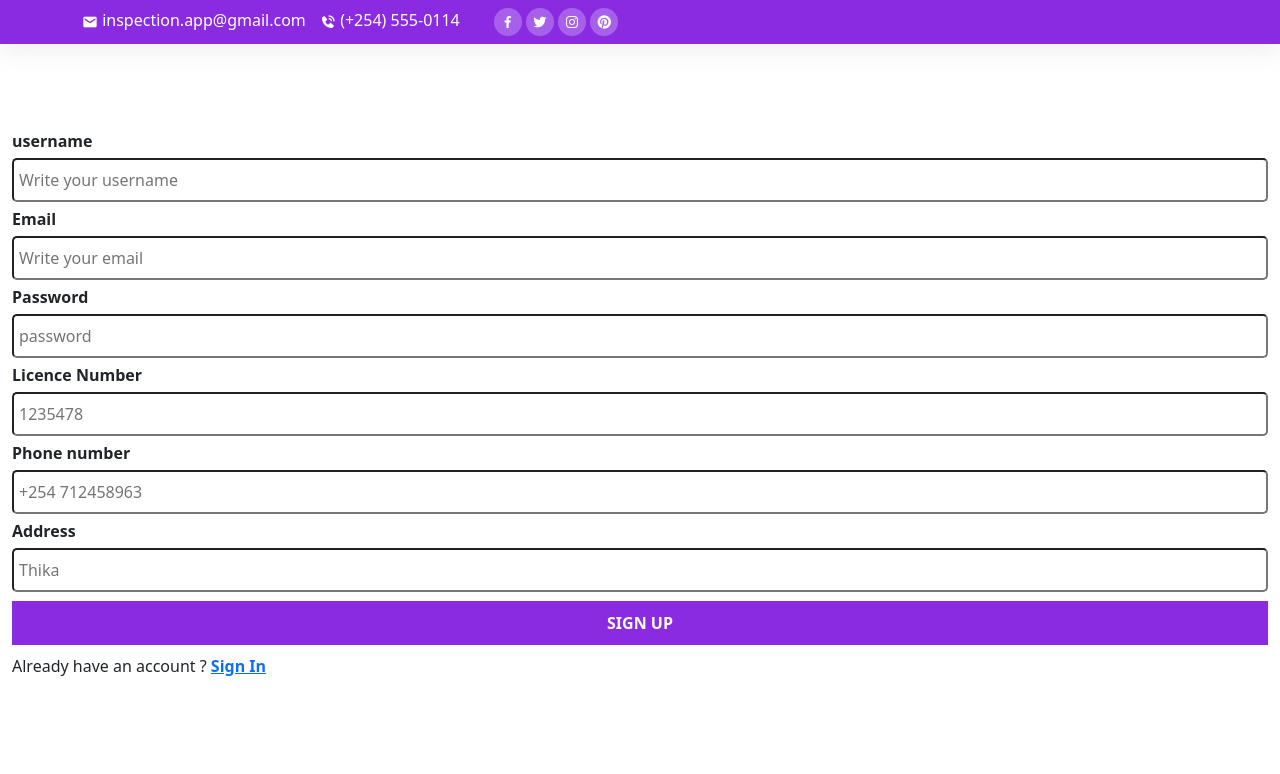
Repository: NDISHAW/Inspectionapp-rails
Page: public/signup.html
These files come from the project's save history. The page is drawn as it stood at one moment and after a run of saves; the edit follows.
The browser window is 1280 px wide. The pictures show the whole page.

Above is the page before, as saved 2022-10-09 04:24:08.

After the next 4 saves:
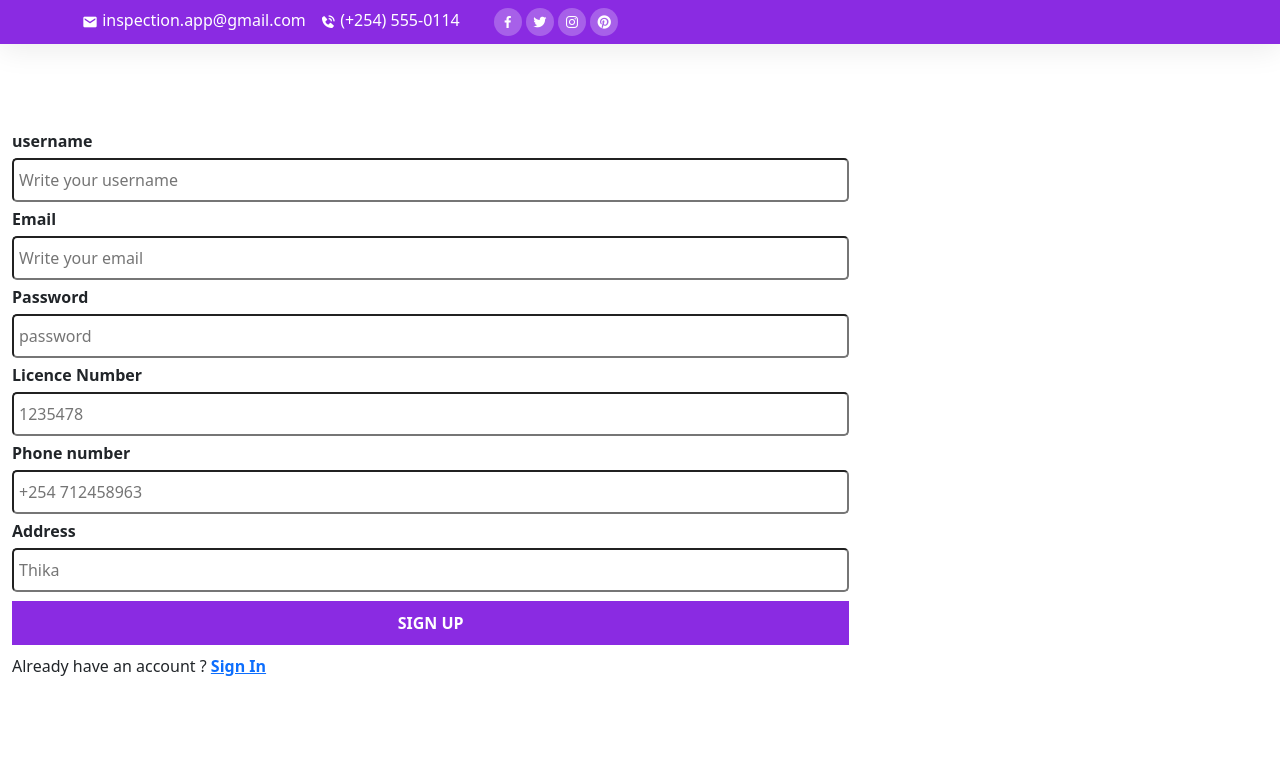
The 4 saves are shown as one change because they came seconds apart.
The last was saved 13 s later.
--- a/public/signup.html
+++ b/public/signup.html
@@ -36,7 +36,7 @@
     <section id="about">
       <div class="container-fluid">
     <div class="col-auto justify-content-center ">
-      <div class="col-auto -lg5 ">
+      <div class="col-lg-8">
       <!-- username  -->
       <div class="username">
         <label for="username">username</label>
